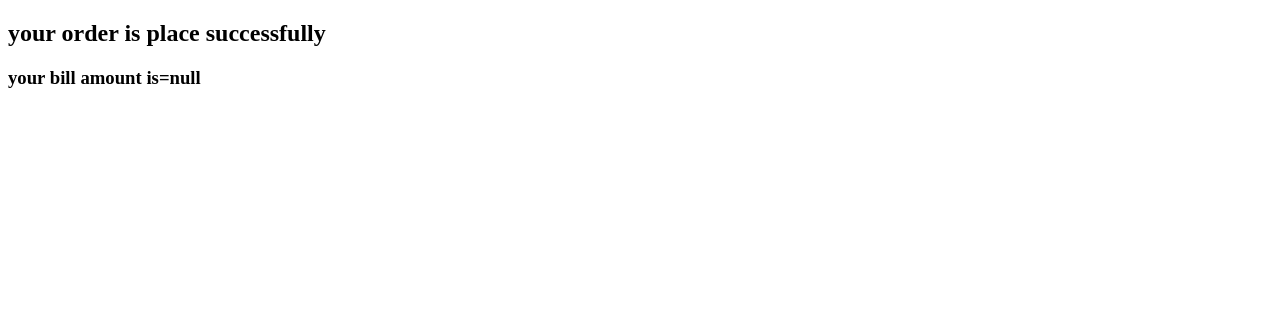
Repository: pradnyashinde20/Advance_Java
Page: http://localhost/ProductCartJspServlet/payment.jsp
The author's editor kept a copy of each file at every save. The page is drawn from the files as they stood at one save, then again after the next save.
The browser window is 1280 px wide. The pictures show the whole page.
The page is served by Tomcat 9.

Above is the page before, as saved 2025-11-27 04:36:46.

After the next save:
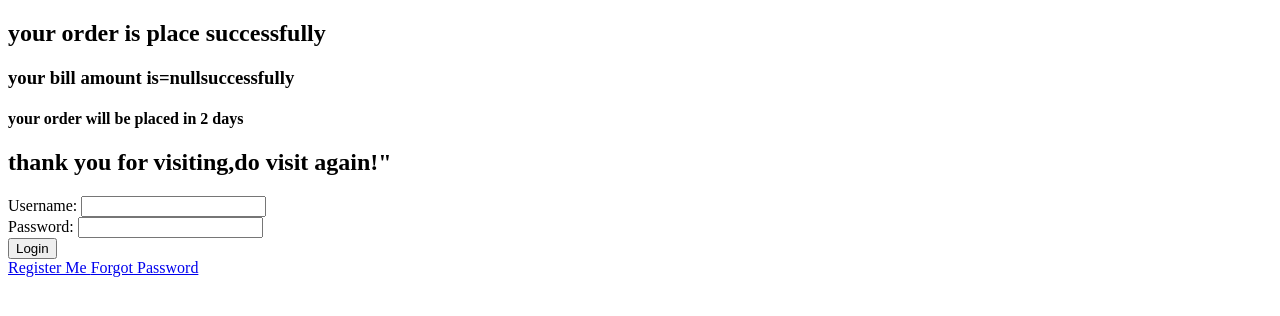
Saved 35 min 31 s later.
--- a/ProductCartJspServlet/src/main/webapp/payment.jsp
+++ b/ProductCartJspServlet/src/main/webapp/payment.jsp
@@ -8,6 +8,14 @@
 </head>
 <body>
 <h2>your order is place successfully</h2>
-<h3>your bill amount is=<%=request.getParameter("ta") %></h3>
+<h3>your bill amount is=<%=request.getParameter("tamt") %>successfully</h3>
+<h4>your order will be placed in 2 days</h4>
+<h2>thank you for visiting,do visit again!"</h2>
+<%---remove session --%>
+<%
+System.out.println("session is invalid");
+		session.invalidate();
+%>
+<jsp:include page="login.jsp"></jsp:include>
 </body>
 </html>
